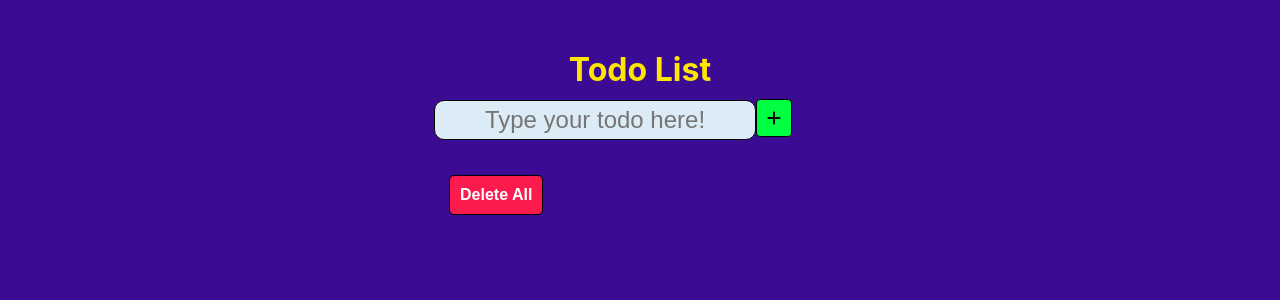
Repository: badhon252/todo-app
Page: /
These files come from the project's save history. The page is drawn as it stood at one moment and after the next save; the edit follows.
The browser window is 1280 px wide. The pictures show the whole page.
The project was rebuilt for these pictures with package versions that can differ from the ones it lists, and the page was loaded fresh each time.

Above is the page before, as saved 2022-01-26 17:42:56.

After the next save:
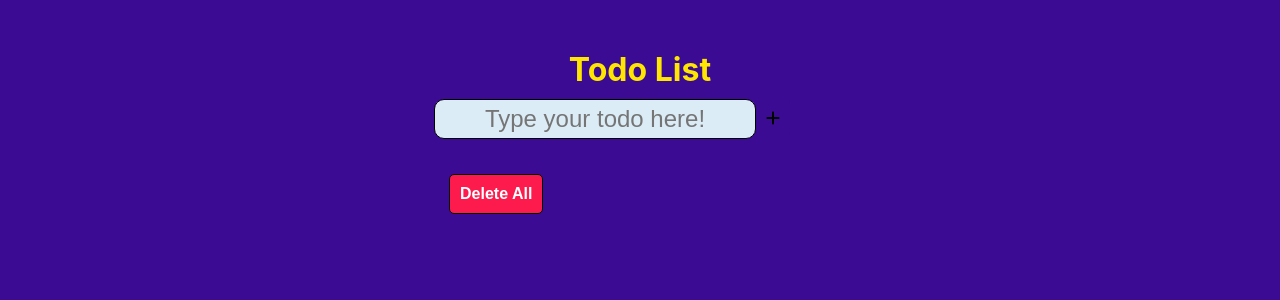
Saved 101 s later.
--- a/src/Styles/style.css
+++ b/src/Styles/style.css
@@ -29,9 +29,9 @@ h1 {
 
 .add-btn {
   padding: 10px;
-  background-color: rgb(0, 255, 64);
+  /* background-color: rgb(0, 255, 64); */
   color: rgb(0, 0, 0);
-  border: 1px solid rgb(0, 0, 0);
+  /* border: 1px solid rgb(0, 0, 0); */
   font-weight: 700;
   font-size: 1rem;
   border-radius: 4px;
